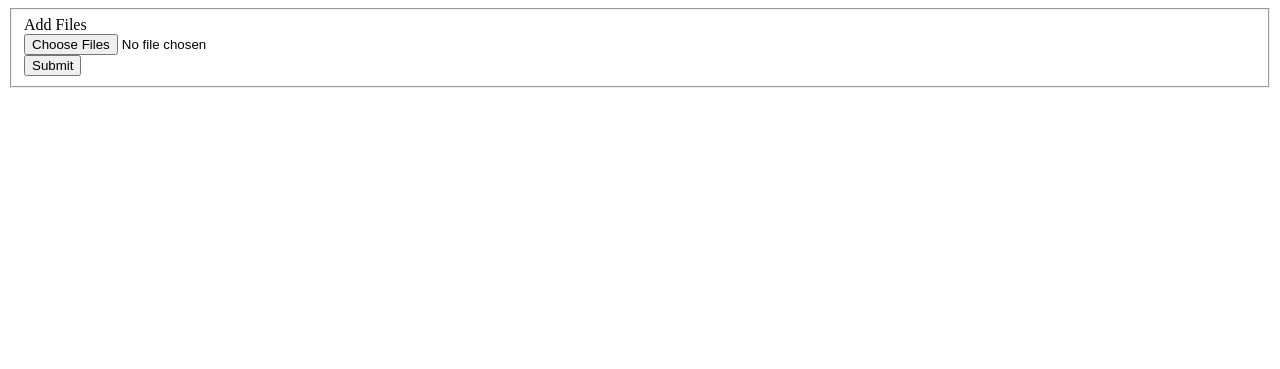
Repository: elhamasiaei13/projectTest
Page: ws-servlet3__2019-07-16-16hh/cargoarchive/src/main/webapp/WEB-INF/views/waybillMultiUpload.html
These files come from the project's save history. The page is drawn as it stood at one moment and after the next save; the edit follows.
The browser window is 1280 px wide. The pictures show the whole page.

Above is the page before, as saved 2019-07-08 06:20:49.

### ws-servlet3__2019-07-16-16hh/cargoarchive/src/main/webapp/WEB-INF/views/waybillMultiUpload.html
<!DOCTYPE html>
<html>
<head>
<meta charset="UTF-8">
<title>Insert title here</title>
</head>
<body>
<form class="form-horizontal" id="myForm" method="POST" enctype="multipart/form-data">
  <fieldset>
    <!-- File Button -->
    <div class="form-group">
      <label class="col-md-4 control-label" for="papers">
        Add Files
      </label>
      <div class="col-md-4">
        <input name="papers" id="modalPapers" type="file" class="filestyle" multiple data-input="false">
      </div>
    </div>
    <!-- Button -->
    <div class="form-group">
      <label class="col-md-4 control-label" for="submit"></label>
      <div class="col-md-4">
        <input type="button" value="Submit" name="submit" onclick="submitForm()" class="btn btn-success">
      </div>
    </div>
  </fieldset>
</form>
<script type="text/javascript">
function submitForm() {

	  var paperElement = document.getElementById("modalPapers");

	  if (!paperElement.value) {
	    console.log("No files selected.")
	    return;
	  }
	  var form = document.getElementById("myForm");
	  var formData = new FormData(form);
	  var xhr = getXMLHTTP();
	  xhr.open('POST', "submitFiles");
	  xhr.onreadystatechange = function() {
	    if (xhr.readyState == 4 && xhr.status == 200) {
	      console.log("Files Uploaded")
	    }
	  }
	  xhr.send(formData);
	}
</script>
</body>
</html>

After the next save:
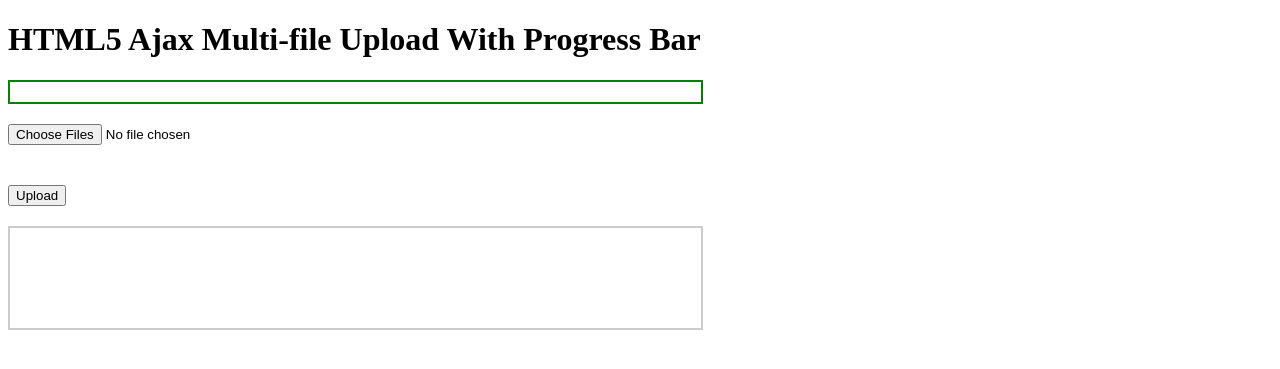
Saved 12 min 46 s later.
--- a/ws-servlet3__2019-07-16-16hh/cargoarchive/src/main/webapp/WEB-INF/views/waybillMultiUpload.html
+++ b/ws-servlet3__2019-07-16-16hh/cargoarchive/src/main/webapp/WEB-INF/views/waybillMultiUpload.html
@@ -1,50 +1,107 @@
 <!DOCTYPE html>
 <html>
 <head>
-<meta charset="UTF-8">
-<title>Insert title here</title>
+<script>
+    var totalFileLength, totalUploaded, fileCount, filesUploaded;
+
+    //To log everything on console
+    function debug(s) {
+        var debug = document.getElementById('debug');
+        if (debug) {
+            debug.innerHTML = debug.innerHTML + '<br/>' + s;
+        }
+    }
+
+    //Will be called when upload is completed
+    function onUploadComplete(e) {
+        totalUploaded += document.getElementById('files').files[filesUploaded].size;
+        filesUploaded++;
+        debug('complete ' + filesUploaded + " of " + fileCount);
+        debug('totalUploaded: ' + totalUploaded);
+        if (filesUploaded < fileCount) {
+            uploadNext();
+        } else {
+            var bar = document.getElementById('bar');
+            bar.style.width = '100%';
+            bar.innerHTML = '100% complete';
+            alert('Finished uploading file(s)');
+        }
+    }
+
+    //Will be called when user select the files in file control
+    function onFileSelect(e) {
+        var files = e.target.files; // FileList object
+        var output = [];
+        fileCount = files.length;
+        totalFileLength = 0;
+        for (var i = 0; i < fileCount; i++) {
+            var file = files[i];
+            output.push(file.name, ' (', file.size, ' bytes, ', file.lastModifiedDate.toLocaleDateString(), ')');
+            output.push('<br/>');
+            debug('add ' + file.size);
+            totalFileLength += file.size;
+        }
+        document.getElementById('selectedFiles').innerHTML = output.join('');
+        debug('totalFileLength:' + totalFileLength);
+    }
+
+    //This will continueously update the progress bar
+    function onUploadProgress(e) {
+        if (e.lengthComputable) {
+            var percentComplete = parseInt((e.loaded + totalUploaded) * 100 / totalFileLength);
+            var bar = document.getElementById('bar');
+            bar.style.width = percentComplete + '%';
+            bar.innerHTML = percentComplete + ' % complete';
+        } else {
+            debug('unable to compute');
+        }
+    }
+
+    //the Ouchhh !! moments will be captured here
+    function onUploadFailed(e) {
+        alert("Error uploading file");
+    }
+
+    //Pick the next file in queue and upload it to remote server
+    function uploadNext() {
+        var xhr = new XMLHttpRequest();
+        var fd = new FormData();
+        var file = document.getElementById('files').files[filesUploaded];
+        fd.append("multipartFile", file);
+        xhr.upload.addEventListener("progress", onUploadProgress, false);
+        xhr.addEventListener("load", onUploadComplete, false);
+        xhr.addEventListener("error", onUploadFailed, false);
+        xhr.open("POST", "save-product");
+        debug('uploading ' + file.name);
+        xhr.send(fd);
+    }
+
+    //Let's begin the upload process
+    function startUpload() {
+        totalUploaded = filesUploaded = 0;
+        uploadNext();
+    }
+
+    //Event listeners for button clicks
+    window.onload = function() {
+        document.getElementById('files').addEventListener('change', onFileSelect, false);
+        document.getElementById('uploadButton').addEventListener('click', startUpload, false);
+    }
+</script>
 </head>
 <body>
-<form class="form-horizontal" id="myForm" method="POST" enctype="multipart/form-data">
-  <fieldset>
-    <!-- File Button -->
-    <div class="form-group">
-      <label class="col-md-4 control-label" for="papers">
-        Add Files
-      </label>
-      <div class="col-md-4">
-        <input name="papers" id="modalPapers" type="file" class="filestyle" multiple data-input="false">
-      </div>
+    <div style="width:55%">
+        <h1>HTML5 Ajax Multi-file Upload With Progress Bar</h1>
+        <div id='progressBar' style='height: 20px; border: 2px solid green; margin-bottom: 20px'>
+            <div id='bar' style='height: 100%; background: #33dd33; width: 0%'>
+            </div>
+        </div>
+        <form style="margin-bottom: 20px">
+            <input type="file" id="files" multiple style="margin-bottom: 20px"/><br/>
+            <output id="selectedFiles"></output>
+            <input id="uploadButton" type="button" value="Upload" style="margin-top: 20px"/>
+        </form>
+        <div id='debug' style='height: 100px; border: 2px solid #ccc; overflow: auto'></div>
     </div>
-    <!-- Button -->
-    <div class="form-group">
-      <label class="col-md-4 control-label" for="submit"></label>
-      <div class="col-md-4">
-        <input type="button" value="Submit" name="submit" onclick="submitForm()" class="btn btn-success">
-      </div>
-    </div>
-  </fieldset>
-</form>
-<script type="text/javascript">
-function submitForm() {
-
-	  var paperElement = document.getElementById("modalPapers");
-
-	  if (!paperElement.value) {
-	    console.log("No files selected.")
-	    return;
-	  }
-	  var form = document.getElementById("myForm");
-	  var formData = new FormData(form);
-	  var xhr = getXMLHTTP();
-	  xhr.open('POST', "submitFiles");
-	  xhr.onreadystatechange = function() {
-	    if (xhr.readyState == 4 && xhr.status == 200) {
-	      console.log("Files Uploaded")
-	    }
-	  }
-	  xhr.send(formData);
-	}
-</script>
 </body>
 </html>
